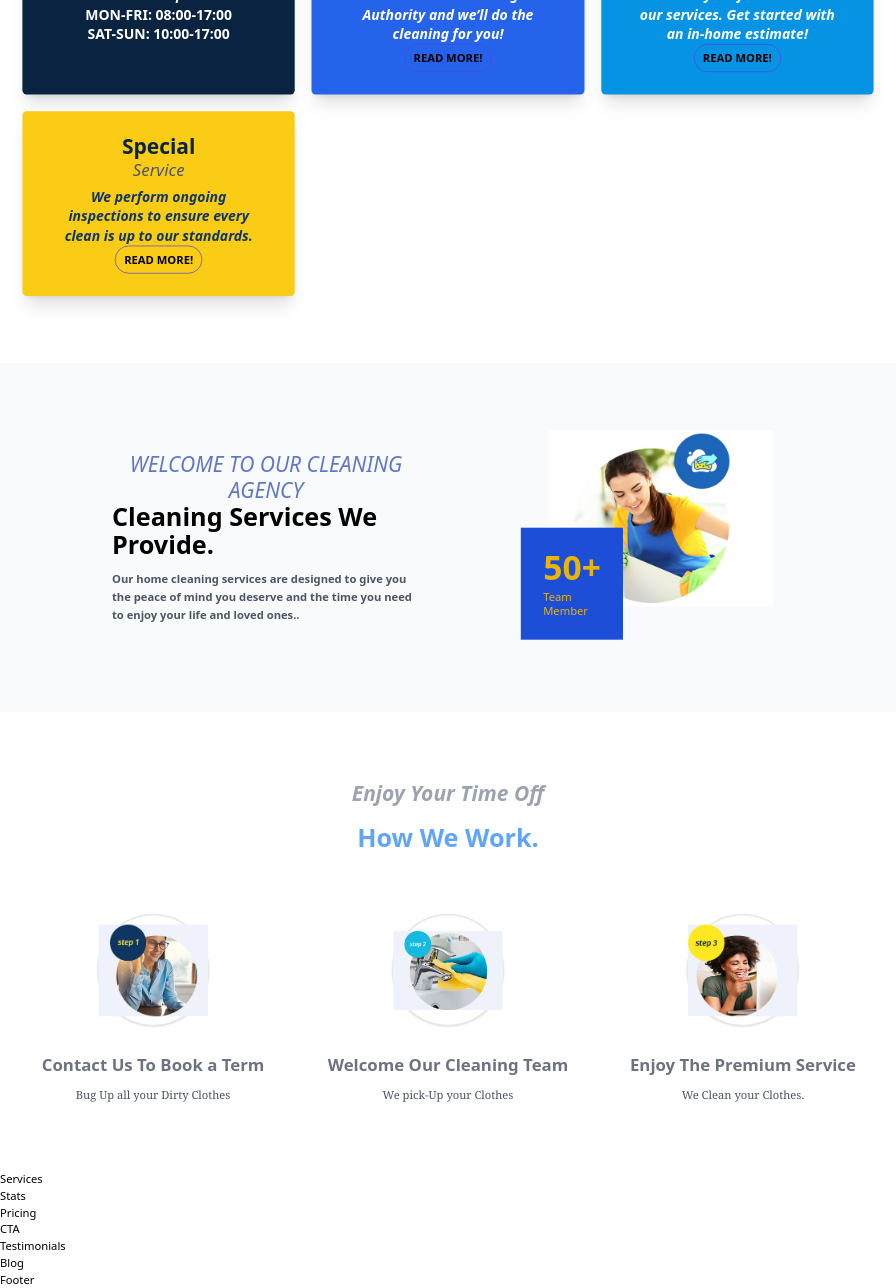
Repository: remydev47/cleonara
Page: /
An editor plug-in stored every save of this project. The page is shown before and after the next save, followed by the edit.
The browser window is 1280 px wide. The pictures show the part of the page from y = 1097 to 3017 px (the page is 2937 px tall before and 3017 px after), at 70% of full size.
The project was rebuilt for these pictures with package versions that can differ from the ones it lists, and the page was loaded fresh each time. The framework's server and built-in components were replaced by stand-ins that run in the browser. Also part of the build but not shown: next.config.js.

Above is the page before, as saved 2022-11-01 13:13:19.

After the next save:
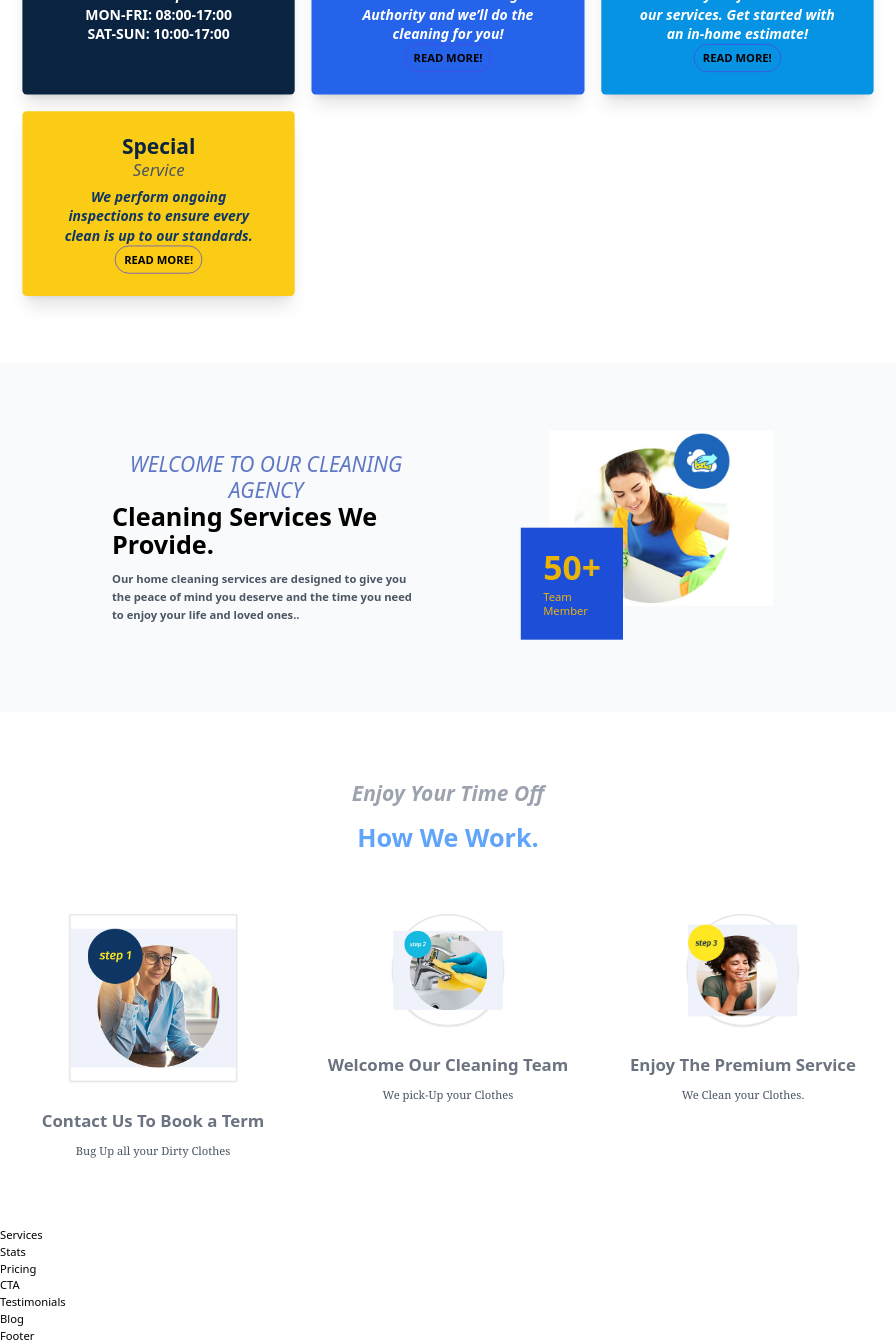
Saved 35 s later.
--- a/components/Steps.tsx
+++ b/components/Steps.tsx
@@ -16,7 +16,7 @@ const Steps = () => {
 
             <div className="relative grid grid-cols-1 text-center gap-y-12 md:grid-cols-3 gap-x-12">
                 <div>
-                    <div className="flex items-center justify-center w-40 h-40 mx-auto bg-white border-2 border-gray-200 rounded-full shadow">
+                    <div className="flex items-center justify-center w-60 h-60 mx-auto bg-white border-2 border-gray-200 shadow">
                         <span className="text-xl font-semibold text-gray-700">
                             <img src='/images/step-1.jpg' className='h-full w-full ' />
                         </span>
